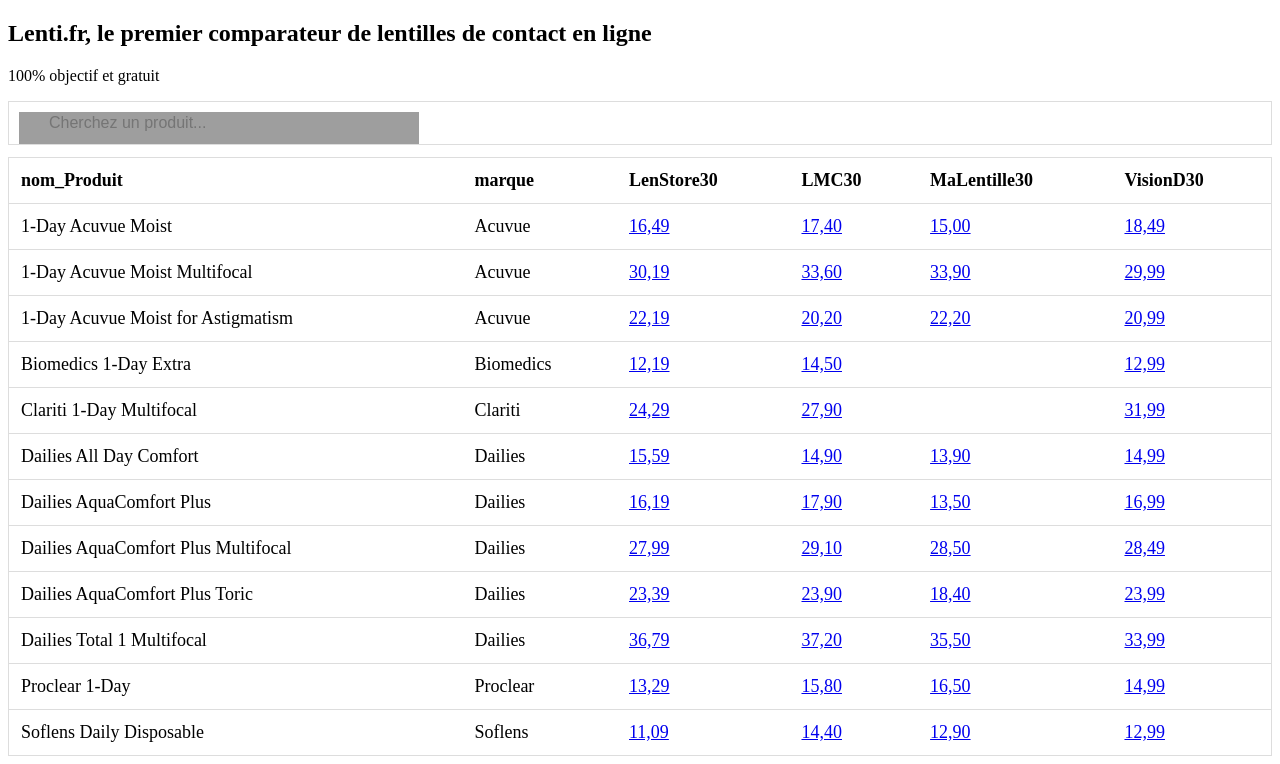
Repository: franklinliot/lenti
Page: indexUltime.html
An editor plug-in stored every save of this project. The page is shown before and after the next save, followed by the edit.
The browser window is 1280 px wide. The pictures show the whole page.
Pictures or frames that could not be fetched are drawn as grey boxes.

Above is the page before, as saved 2021-06-17 15:44:25.

### indexUltime.html
<!DOCTYPE html>
<html>
  <head>
    <meta name="viewport" content="width=device-width, initial-scale=1" />
    <style>
      * {
        box-sizing: border-box;
      }

      #myInput {
        background-image: url("/css/searchicon.png");
        background-position: 10px 10px;
        background-repeat: no-repeat;
        width: 100%;
        font-size: 16px;
        padding: 12px 20px 12px 40px;
        border: 1px solid #ddd;
        margin-bottom: 12px;
      }

      #myTable {
        border-collapse: collapse;
        width: 100%;
        border: 1px solid #ddd;
        font-size: 18px;
      }

      #myTable th,
      #myTable td {
        text-align: left;
        padding: 12px;
      }

      #myTable tr {
        border-bottom: 1px solid #ddd;
      }

      #myTable tr.header,
      #myTable tr:hover {
        background-color: #f1f1f1;
      }
    </style>
    <script>
      window.onload = function () {
        function a(a, b) {
          var c = /^(?:file):/,
            d = new XMLHttpRequest(),
            e = 0;
          d.onreadystatechange = function () {
            4 == d.readyState && (e = d.status),
              c.test(location.href) && d.responseText && (e = 200),
              4 == d.readyState && 200 == e && (a.outerHTML = d.responseText);
          };
          try {
            d.open("GET", b, !0), d.send();
          } catch (f) {}
        }
        var b,
          c = document.getElementsByTagName("*");
        for (b in c)
          c[b].hasAttribute &&
            c[b].hasAttribute("data-include") &&
            a(c[b], c[b].getAttribute("data-include"));
      };
    </script>
    <script>
      const getCellValue = (tr, idx) =>
        tr.children[idx].innerText || tr.children[idx].textContent;

      const comparer = (idx, asc) => (a, b) =>
        ((v1, v2) =>
          v1 !== "" && v2 !== "" && !isNaN(v1) && !isNaN(v2)
            ? v1 - v2
            : v1.toString().localeCompare(v2))(
          getCellValue(asc ? a : b, idx),
          getCellValue(asc ? b : a, idx)
        );

      // do the work...
      document.querySelectorAll("th").forEach((th) =>
        th.addEventListener("click", () => {
          const table = th.closest("table");
          Array.from(table.querySelectorAll("tr:nth-child(n+2)"))
            .sort(
              comparer(
                Array.from(th.parentNode.children).indexOf(th),
                (this.asc = !this.asc)
              )
            )
            .forEach((tr) => table.appendChild(tr));
        })
      );
    </script>
  </head>
  <body>
    <h2>Lenti.fr, le premier comparateur de lentilles de contact en ligne</h2>
    <p>100% objectif et gratuit </p>

    <input
      type="text"
      id="myInput"
      onkeyup="myFunction()"
      placeholder="Cherchez un produit..."
      title="Entrez un produit"
    />

    <div data-include="data/ultime/ultime.html"></div>
    <script>
      function myFunction() {
        var input, filter, table, tr, td, i, txtValue;
        input = document.getElementById("myInput");
        filter = input.value.toUpperCase();
        table = document.getElementById("myTable");
        tr = table.getElementsByTagName("tr");
        for (i = 0; i < tr.length; i++) {
          td = tr[i].getElementsByTagName("td")[0];
          if (td) {
            txtValue = td.textContent || td.innerText;
            if (txtValue.toUpperCase().indexOf(filter) > -1) {
              tr[i].style.display = "";
            } else {
              tr[i].style.display = "none";
            }
          }
        }
      }
    </script>
  </body>
</html>

### data/ultime/ultime.html
<table id="myTable">
    <thead><tr><th title="Field #1">nom_Produit</th>
    <th title="Field #2">marque</th>
    <th title="Field #3">LenStore30</th>
    <th title="Field #4">LMC30</th>
    <th title="Field #5">MaLentille30</th>
    <th title="Field #6">VisionD30</th>
    </tr></thead>
    <tbody><tr>
    <td>1-Day Acuvue Moist</td>
    <td>Acuvue</td>
    <td><a href="https://www.lenstore.fr/lentilles-de-contact/p13/1-day-acuvue-moist" rel="noopener noreferrer" target="_blank"><span class="u-price">16,49</span></a></td>
    <td><a href="https://www.lentillesmoinscheres.com/lentilles-de-contact/journalieres/lentilles-1-day-acuvue-moist-30.html" rel="noopener noreferrer" target="_blank">17,40</a></td>
    <td><a href="https://www.malentille.com/lentilles-de-contact-22/121-1-day-acuvue-moist-30.html" rel="noopener noreferrer" target="_blank">15,00</a></td>
    <td><a href="https://www.visiondirect.fr/1-day-acuvue-moist" rel="noopener noreferrer" target="_blank">18,49</a></td>
    </tr>
    <tr>
    <td>1-Day Acuvue Moist Multifocal</td>
    <td>Acuvue</td>
    <td><a href="https://www.lenstore.fr/lentilles-de-contact/p250/1-day-acuvue-moist-multifocal" rel="noopener noreferrer" target="_blank"><span class="u-price">30,19</span></a></td>
    <td><a href="https://www.lentillesmoinscheres.com/lentilles-de-contact/journalieres/lentilles-1-day-acuvue-moist-multifocal-30.html" rel="noopener noreferrer" target="_blank">33,60</a></td>
    <td><a href="https://www.malentille.com/lentilles-de-contact-22/267-1-day-acuvue-moist-multifocal-30.html" rel="noopener noreferrer" target="_blank">33,90</a></td>
    <td><a href="https://www.visiondirect.fr/1-day-acuvue-moist-multifocal" rel="noopener noreferrer" target="_blank">29,99</a></td>
    </tr>
    <tr>
    <td>1-Day Acuvue Moist for Astigmatism</td>
    <td>Acuvue</td>
    <td><a href="https://www.lenstore.fr/lentilles-de-contact/p106/1-day-acuvue-moist-for-astigmatism" rel="noopener noreferrer" target="_blank"><span class="u-price">22,19</span></a></td>
    <td><a href="https://www.lentillesmoinscheres.com/lentilles-de-contact/journalieres/lentilles-1-day-acuvue-moist-for-astigmatism-30.html" rel="noopener noreferrer" target="_blank">20,20</a></td>
    <td><a href="https://www.malentille.com/lentilles-de-contact-22/225-1-day-acuvue-moist-for-astigmatism.html" rel="noopener noreferrer" target="_blank">22,20</a></td>
    <td><a href="https://www.visiondirect.fr/1-day-acuvue-moist-for-astigmatism" rel="noopener noreferrer" target="_blank">20,99</a></td>
    </tr>
    <tr>
    <td>Biomedics 1-Day Extra</td>
    <td>Biomedics</td>
    <td><a href="https://www.lenstore.fr/lentilles-de-contact/p200/biomedics-1-day-extra" rel="noopener noreferrer" target="_blank"><span class="u-price">12,19</span></a></td>
    <td><a href="https://www.lentillesmoinscheres.com/lentilles-de-contact/journalieres/lentilles-biomedics-1-day-extra-30.html" rel="noopener noreferrer" target="_blank">14,50</a></td>
    <td> </td>
    <td><a href="https://www.visiondirect.fr/biomedics-1-day-extra" rel="noopener noreferrer" target="_blank">12,99</a></td>
    </tr>
    <tr>
    <td>Clariti 1-Day Multifocal</td>
    <td>Clariti</td>
    <td><a href="https://www.lenstore.fr/lentilles-de-contact/p217/clariti-1-day-multifocal" rel="noopener noreferrer" target="_blank"><span class="u-price">24,29</span></a></td>
    <td><a href="https://www.lentillesmoinscheres.com/lentilles-de-contact/journalieres/lentilles-clariti-1-day-multifocal-30.html" rel="noopener noreferrer" target="_blank">27,90</a></td>
    <td> </td>
    <td><a href="https://www.visiondirect.fr/clariti-1-day-multifocal" rel="noopener noreferrer" target="_blank">31,99</a></td>
    </tr>
    <tr>
    <td>Dailies All Day Comfort</td>
    <td>Dailies</td>
    <td><a href="https://www.lenstore.fr/lentilles-de-contact/p8/focus-dailies-all-day-comfort" rel="noopener noreferrer" target="_blank"><span class="u-price">15,59</span></a></td>
    <td><a href="https://www.lentillesmoinscheres.com/lentilles-de-contact/journalieres/lentilles-dailies-all-day-comfort-30.html" rel="noopener noreferrer" target="_blank">14,90</a></td>
    <td><a href="https://www.malentille.com/lentilles-de-contact-22/108-dailies-all-day-comfort-30-0630175475947.html" rel="noopener noreferrer" target="_blank">13,90</a></td>
    <td><a href="https://www.visiondirect.fr/focus-dailies-all-day-comfort" rel="noopener noreferrer" target="_blank">14,99</a></td>
    </tr>
    <tr>
    <td>Dailies AquaComfort Plus</td>
    <td>Dailies</td>
    <td><a href="https://www.lenstore.fr/lentilles-de-contact/p5/dailies-aquacomfort-plus" rel="noopener noreferrer" target="_blank"><span class="u-price">16,19</span></a></td>
    <td><a href="https://www.lentillesmoinscheres.com/lentilles-de-contact/journalieres/lentilles-dailies-aquacomfort-plus-30.html" rel="noopener noreferrer" target="_blank">17,90</a></td>
    <td><a href="https://www.malentille.com/lentilles-de-contact-22/183-dailies-aquacomfort-plus-30.html" rel="noopener noreferrer" target="_blank">13,50</a></td>
    <td><a href="https://www.visiondirect.fr/dailies-aquacomfort-plus" rel="noopener noreferrer" target="_blank">16,99</a></td>
    </tr>
    <tr>
    <td>Dailies AquaComfort Plus Multifocal</td>
    <td>Dailies</td>
    <td><a href="https://www.lenstore.fr/lentilles-de-contact/p234/dailies-aquacomfort-plus-multifocal" rel="noopener noreferrer" target="_blank"><span class="u-price">27,99</span></a></td>
    <td><a href="https://www.lentillesmoinscheres.com/lentilles-de-contact/journalieres/lentilles-dailies-aquacomfort-plus-multifocal-30.html" rel="noopener noreferrer" target="_blank">29,10</a></td>
    <td><a href="https://www.malentille.com/lentilles-de-contact-22/255-dailies-aquacomfort-plus-multifocal.html" rel="noopener noreferrer" target="_blank">28,50</a></td>
    <td><a href="https://www.visiondirect.fr/dailies-aquacomfort-plus-multifocal" rel="noopener noreferrer" target="_blank">28,49</a></td>
    </tr>
    <tr>
    <td>Dailies AquaComfort Plus Toric</td>
    <td>Dailies</td>
    <td><a href="https://www.lenstore.fr/lentilles-de-contact/p233/dailies-aquacomfort-plus-toric" rel="noopener noreferrer" target="_blank"><span class="u-price">23,39</span></a></td>
    <td><a href="https://www.lentillesmoinscheres.com/lentilles-de-contact/journalieres/lentilles-dailies-aquacomfort-plus-toric-30.html" rel="noopener noreferrer" target="_blank">23,90</a></td>
    <td><a href="https://www.malentille.com/lentilles-de-contact-22/268-dailies-aquacomfort-plus-toric-30-lentiles.html" rel="noopener noreferrer" target="_blank">18,40</a></td>
    <td><a href="https://www.visiondirect.fr/dailies-aquacomfort-plus-toric" rel="noopener noreferrer" target="_blank">23,99</a></td>
    </tr>
    <tr>
    <td>Dailies Total 1 Multifocal</td>
    <td>Dailies</td>
    <td><a href="https://www.lenstore.fr/lentilles-de-contact/p457/dailies-total-1-multifocal" rel="noopener noreferrer" target="_blank"><span class="u-price">36,79</span></a></td>
    <td><a href="https://www.lentillesmoinscheres.com/lentilles-de-contact/journalieres/lentilles-dailies-total-1-multifocal-30.html" rel="noopener noreferrer" target="_blank">37,20</a></td>
    <td><a href="https://www.malentille.com/lentilles-de-contact-22/346-dailies-total-1-multifocal-30-lentille-0846566846375.html" rel="noopener noreferrer" target="_blank">35,50</a></td>
    <td><a href="https://www.visiondirect.fr/dailies-total-1-multifocal" rel="noopener noreferrer" target="_blank">33,99</a></td>
    </tr>
    <tr>
    <td>Proclear 1-Day</td>
    <td>Proclear</td>
    <td><a href="https://www.lenstore.fr/lentilles-de-contact/p60/proclear-1-day" rel="noopener noreferrer" target="_blank"><span class="u-price">13,29</span></a></td>
    <td><a href="https://www.lentillesmoinscheres.com/lentilles-de-contact/journalieres/lentilles-proclear-1-day-30.html" rel="noopener noreferrer" target="_blank">15,80</a></td>
    <td><a href="https://www.malentille.com/lentilles-de-contact-22/188-proclear-1-day-30.html" rel="noopener noreferrer" target="_blank">16,50</a></td>
    <td><a href="https://www.visiondirect.fr/proclear-1-day" rel="noopener noreferrer" target="_blank">14,99</a></td>
    </tr>
    <tr>
    <td>Soflens Daily Disposable</td>
    <td>Soflens</td>
    <td><a href="https://www.lenstore.fr/lentilles-de-contact/p1/soflens-daily-disposable" rel="noopener noreferrer" target="_blank"><span class="u-price">11,09</span></a></td>
    <td><a href="https://www.lentillesmoinscheres.com/lentilles-de-contact/journalieres/lentilles-soflens-daily-disposable-30.html" rel="noopener noreferrer" target="_blank">14,40</a></td>
    <td><a href="https://www.malentille.com/lentilles-de-contact-22/107-soflens-daily-disposable-30-0785810728497.html" rel="noopener noreferrer" target="_blank">12,90</a></td>
    <td><a href="https://www.visiondirect.fr/soflens-daily-disposable" rel="noopener noreferrer" target="_blank">12,99</a></td>
    </tr>
    </tbody></table>

After the next save:
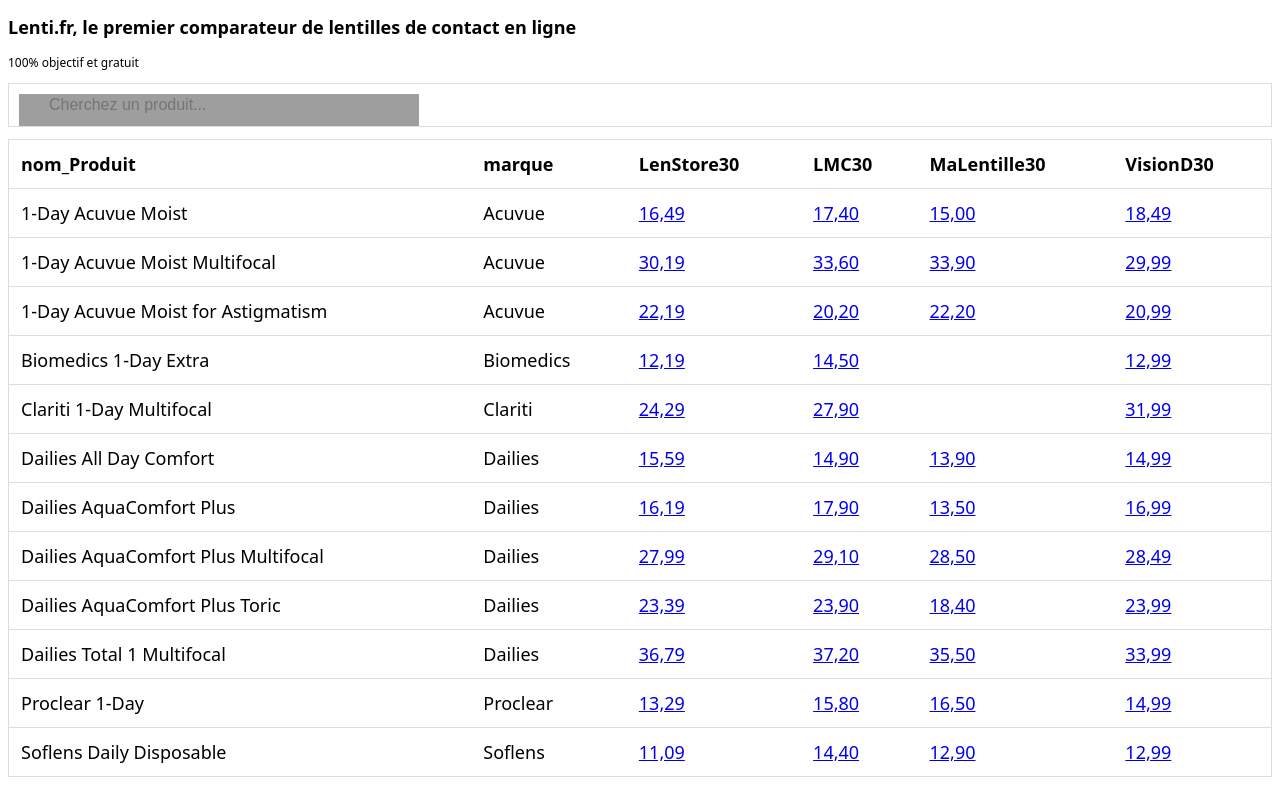
Saved 4 min 31 s later.
--- a/indexUltime.html
+++ b/indexUltime.html
@@ -38,6 +38,11 @@
       #myTable tr.header,
       #myTable tr:hover {
         background-color: #f1f1f1;
+      }
+
+      body {
+        font-family: "sans", Arial, sans-serif;
+        font-size: 75%
       }
     </style>
     <script>
